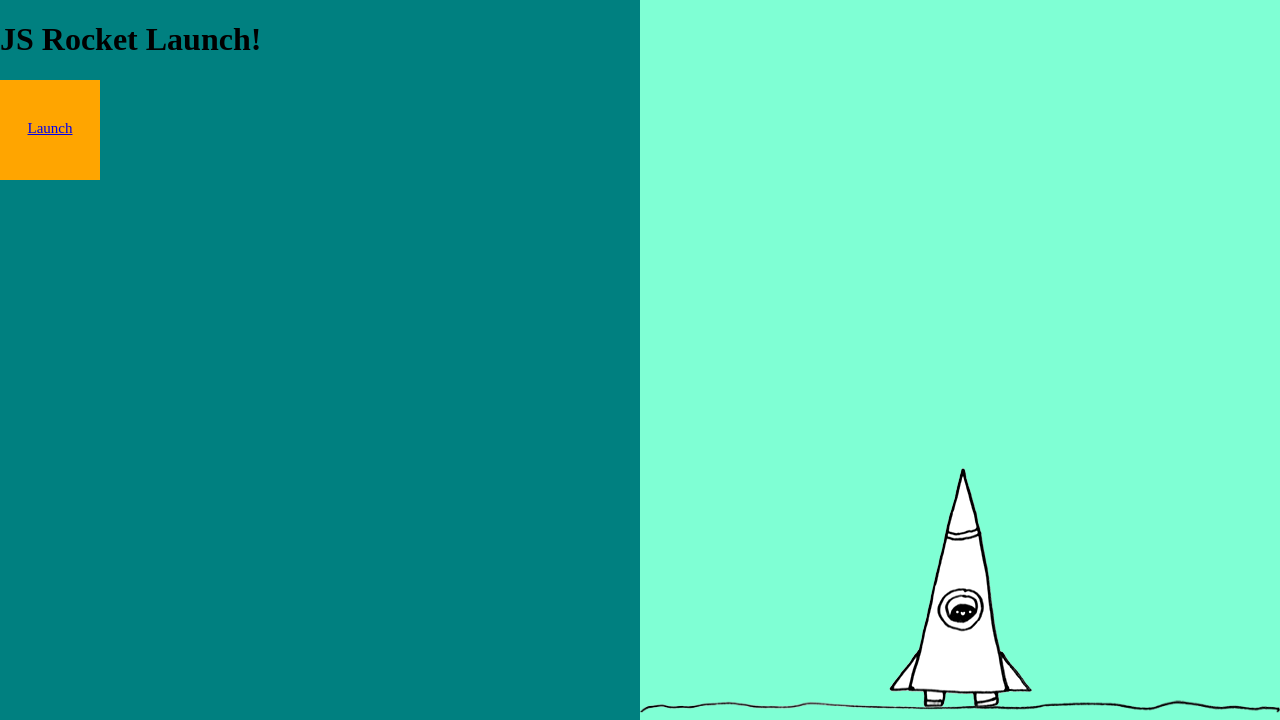
Repository: alcarrizo/Rocket-launch
Page: index.html
An editor plug-in stored every save of this project. The page is shown before and after the next save, followed by the edit.
The browser window is 1280 px wide. The pictures show the whole page.

Above is the page before, as saved 2022-10-20 17:15:57.

### index.html
<!DOCTYPE html>
<html lang="en">
<head>
    <meta charset="UTF-8">
    <meta http-equiv="X-UA-Compatible" content="IE=edge">
    <meta name="viewport" content="width=device-width, initial-scale=1.0">
    <title>Rocket Launch sequence</title>
    <script type="text/javascript" src="js/script.js"> </script>
    <link rel="stylesheet" href="css/style.css">
</head>
<body class="body-state1" id="body">
    <div class="left">
        <div class="state1">
            <h1>JS Rocket Launch!</h1>
            <a href="#" class="button" onclick="changeState(2);">Launch</a>
        </div>
        <div class="state2">
            <h1 class="countdown" id="countdown">10</h1>
            <a href="#" class="button" onclick="changeState(1);">Abort</a>
        </div>
        <div class="state3">
            <h1>Lift Off!</h1>
        </div>
        <div class="state4">
            <h1>Well done!</h1>
            <a href="#" class="button" onclick="changeState(1);">Do it again</a>
        </div>
        <div class="state5">
            <h1>Oh No!!!!</h1>
            <a href="#" class="button" onclick="changeState(1);">Try Again!</a>
        </div>
    </div>

    <div class="right">
        <div class="rocket" id="rocket"></div>
        <div class="ground"></div>
    </div>
</body>
</html>

### js/script.js
/*var countDown = function (i) {
    console.log(i)
    setTimeout(function () {
        i--
        document.getElementById("countdown").innerHTML = i;
        if (document.getElementById('body').className != 'body-state1') {
            if (i > 0) {
                countDown(i)
            }
            else {
                changeState(3)
            }
        }

    }, 1000)
}*/
var timer = null;
var CountDownNum = 10;
var changeState = function (state) {
    document.body.className = 'body-state' + state;
    clearInterval(timer);
    if (state != 2 && document.getElementById('countdown').innerHTML != 10) {
        CountDownNum = 10;
        document.getElementById('countdown').innerHTML = CountDownNum;
    }
    if (state == 2) {
        timer = setInterval(() => {
            CountDownNum -= 1;
            document.getElementById('countdown').innerHTML = CountDownNum;

            if (CountDownNum <= 0) {
                changeState(3);

            }
        }, 200);
    }
    else if (state == 3) {
        var success = setTimeout(() => {
            var randomNum = Math.round(Math.random() * 10)
            //success
            console.log('random number: ' + randomNum)
            if (randomNum > 5) {
                changeState(4)
            }
            else {
                //fail
                changeState(5)
            }

        }, 2000);
    }
    // if (state == 1) {
    //     document.body.className = 'body-state1'
    // }
    // else if (state == 2) {
    //     document.body.className = 'body-state2'
    //     countDown(10)
    //     // for (let i = 10; i >= 0; i--) {
    //     //     setTimeout()
    //     //     document.getElementById("countdown").innerHTML = i;
    //     // }
    // }
    // else if (state == 3) {
    //     document.body.className = 'body-state3'
    //     document.getElementById('rocket').className = 'rocket flying';
    // }
    // else if (state == 4) {
    //     document.body.className = 'body-state4'
    // }
    // else {
    //     document.body.className = 'body-state5'
    // }
    // for (let i = 10; i >= 0; i--) {
    //     bdy.content = i;
    // }
    //document.getElementById('rocket').className = 'rocket flying';
}

### css/style.css
body {
    position: relative;
}

.left {
    position: fixed;
    box-sizing: border-box;
    width: 50%;
    height: 100%;
    top: 0;
    left: 0;
    background-color: teal;
}

.right {
    position: fixed;
    box-sizing: border-box;
    width: 50%;
    height: 100%;
    top: 0;
    right: 0;
    background-color: aquamarine;
}

.rocket {
    position: absolute;
    left: 50%;
    bottom: -20px;
    width: 143px;
    height: 272px;
    background: url("../img/rocket-state1.png") no-repeat 0 0;
    background-size: 100%;
    transition: bottom 10s;
    margin-left: -71.5px;

}

.body-state1 .rocket {
    transition: none;

}


.body-state2 .rocket {

    background-image: url("../img/rocket-state2.gif");
}

.body-state3 .rocket,
.body-state4 .rocket {
    bottom: 1000px;
    background-image: url("../img/rocket-state3.gif");
}

.body-state5 .rocket {
    width: 209px;
    height: 200px;
    background: url("../img/boom.png") no-repeat 0 0;
    background-size: 100%;
}

.ground {
    position: absolute;
    bottom: 0;
    left: 0;
    background: url("../img/ground.png") no-repeat center 0;
    background-size: 100%;
    width: 100%;
    height: 20px;

}

/* .ground {
    background-color: green;
    position: absolute;
    bottom: 0;
    left: 0;
    width: 100%;
    height: 20px;
} */

a {}

a.button {
    display: block;
    box-sizing: border-box;
    text-align: center;
    padding-top: 40px;
    height: 100px;
    width: 100px;
    font-size: 15px;
    background-color: orange;

}

.state1,
.state2,
.state3,
.state4,
.state5 {
    display: none;
}

body.body-state1 .state1 {
    display: block;
}

body.body-state2 .state2 {
    display: block;
}

body.body-state3 .state3 {
    display: block;
}

body.body-state4 .state4 {
    display: block;
}

body.body-state5 .state5 {
    display: block;
}

After the next save:
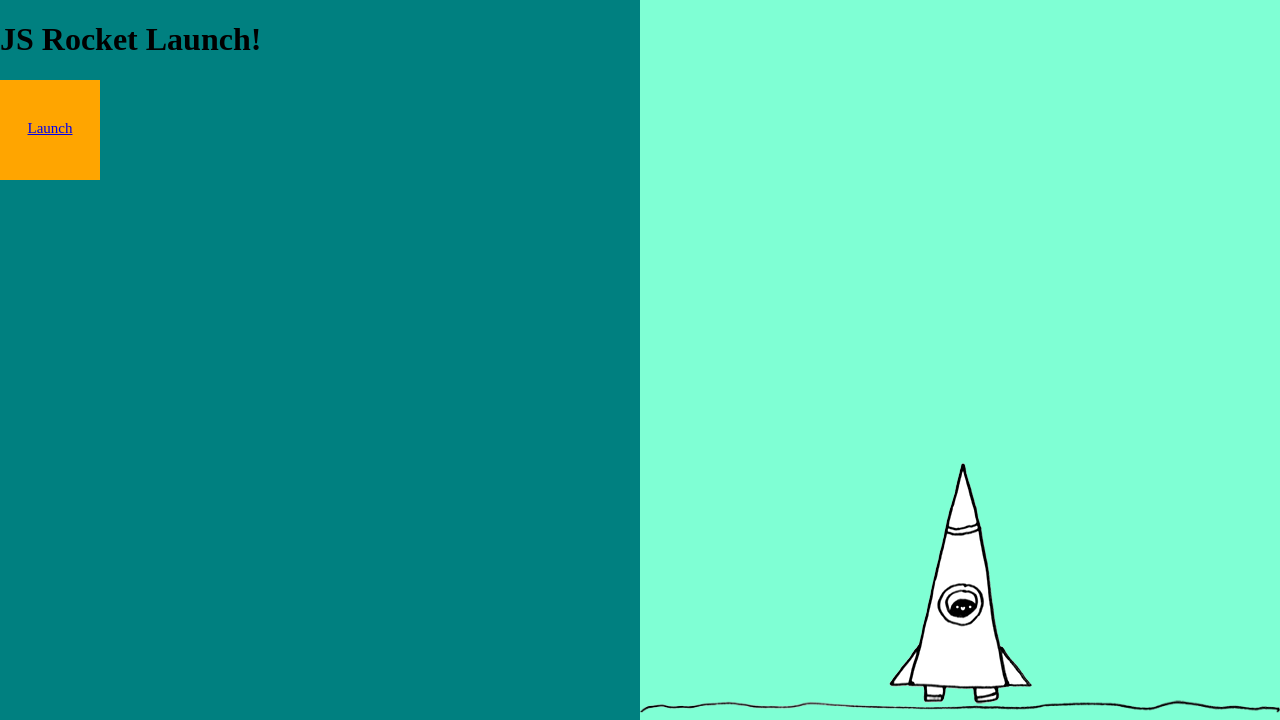
Saved 11 s later.
--- a/css/style.css
+++ b/css/style.css
@@ -25,7 +25,7 @@ body {
 .rocket {
     position: absolute;
     left: 50%;
-    bottom: -20px;
+    bottom: -15px;
     width: 143px;
     height: 272px;
     background: url("../img/rocket-state1.png") no-repeat 0 0;
